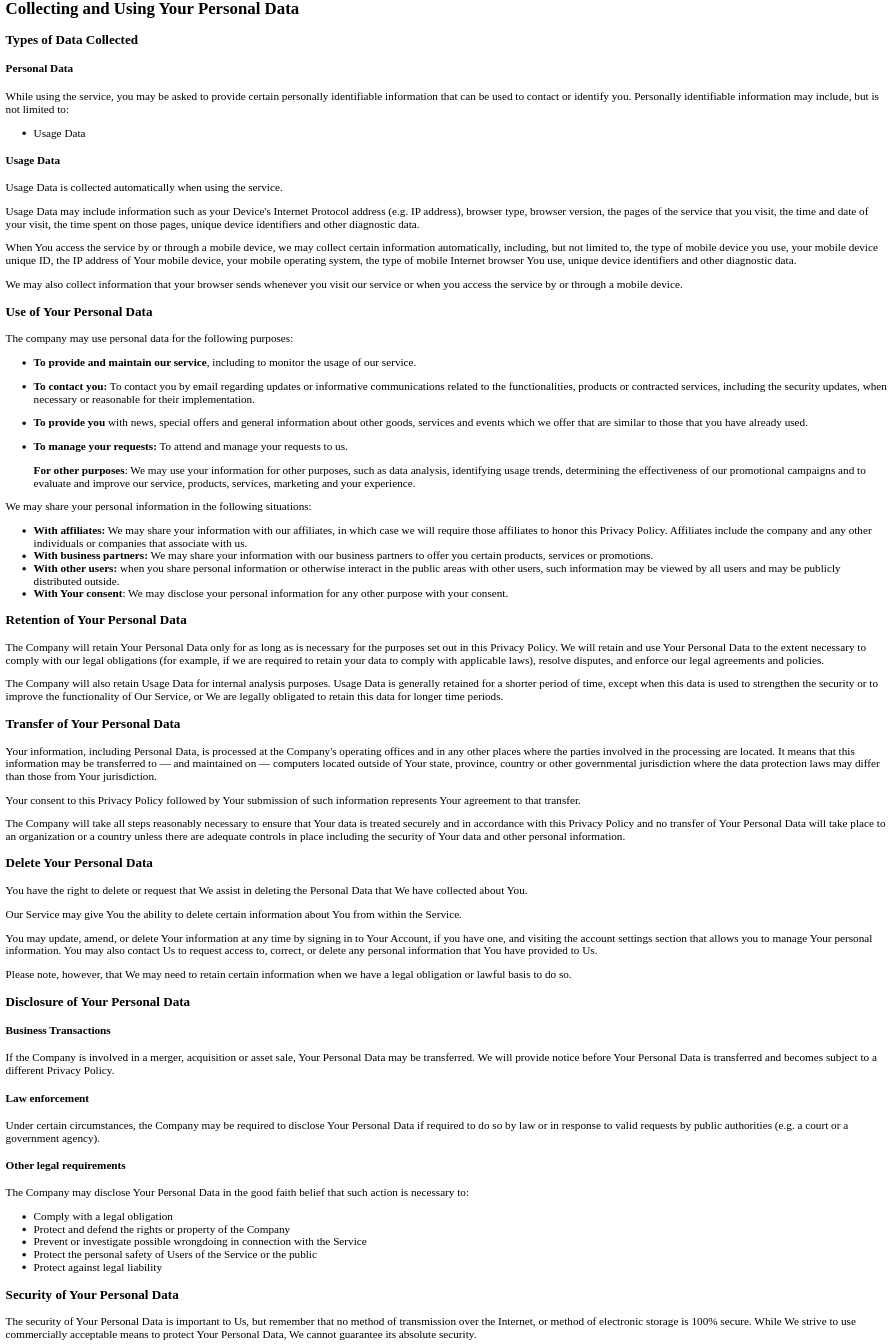
Repository: danielzhang2001/Clodbot
Page: privacy-policy.html
An editor plug-in stored every save of this project. The page is shown before and after the next save, followed by the edit.
The browser window is 1280 px wide. The pictures show the part of the page from y = 840 to 2760 px (the page is 3352 px tall), at 70% of full size.

Above is the page before, as saved 2024-04-18 01:34:17.

After the next save:
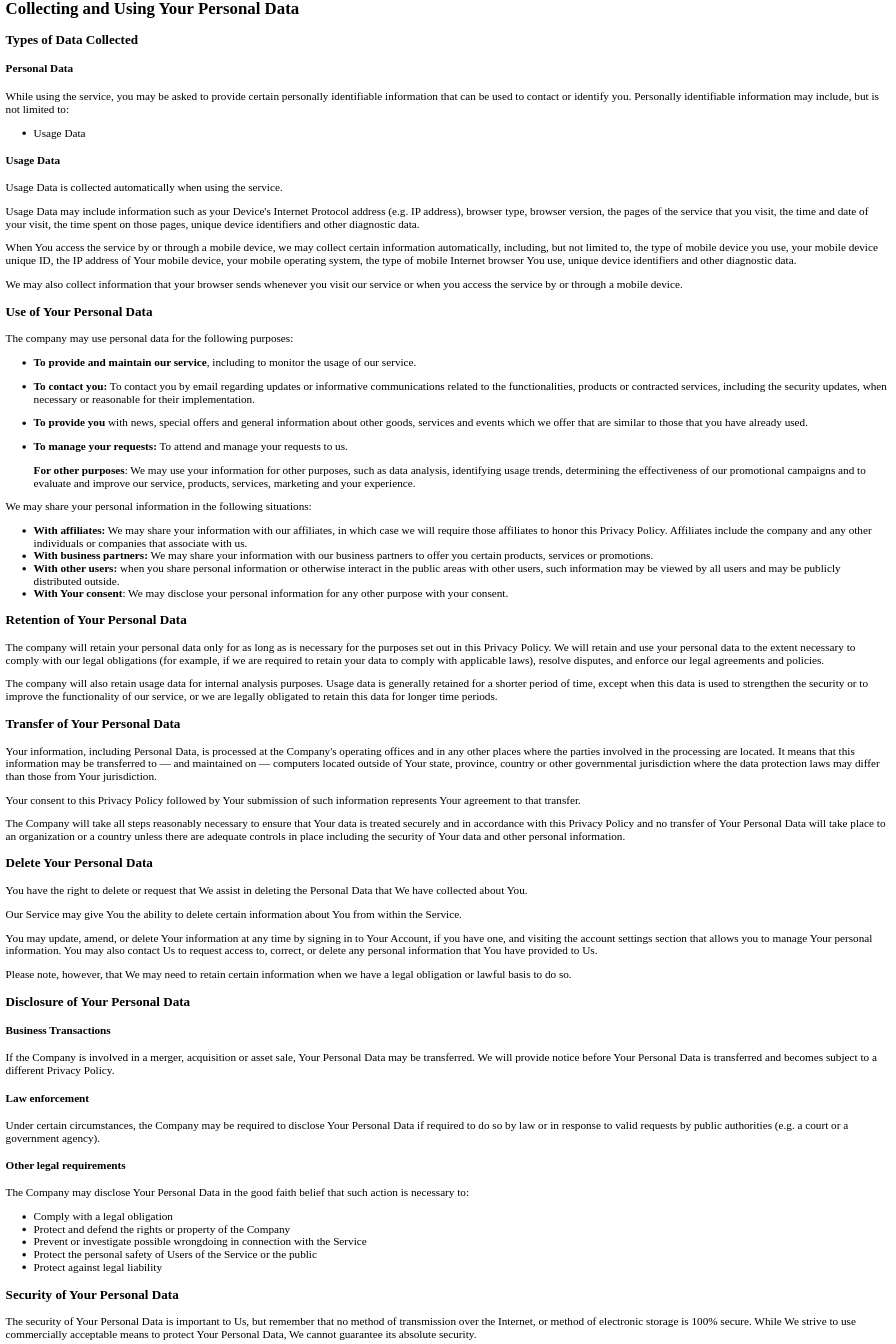
Saved 2 min 11 s later.
--- a/privacy-policy.html
+++ b/privacy-policy.html
@@ -113,13 +113,13 @@
     consent.</li>
 </ul>
 <h3>Retention of Your Personal Data</h3>
-<p>The Company will retain Your Personal Data only for as long as is necessary for the purposes set out in this Privacy
-  Policy. We will retain and use Your Personal Data to the extent necessary to comply with our legal obligations (for
+<p>The company will retain your personal data only for as long as is necessary for the purposes set out in this Privacy
+  Policy. We will retain and use your personal data to the extent necessary to comply with our legal obligations (for
   example, if we are required to retain your data to comply with applicable laws), resolve disputes, and enforce our
   legal agreements and policies.</p>
-<p>The Company will also retain Usage Data for internal analysis purposes. Usage Data is generally retained for a
+<p>The company will also retain usage data for internal analysis purposes. Usage data is generally retained for a
   shorter period of time, except when this data is used to strengthen the security or to improve the functionality of
-  Our Service, or We are legally obligated to retain this data for longer time periods.</p>
+  our service, or we are legally obligated to retain this data for longer time periods.</p>
 <h3>Transfer of Your Personal Data</h3>
 <p>Your information, including Personal Data, is processed at the Company's operating offices and in any other places
   where the parties involved in the processing are located. It means that this information may be transferred to — and
